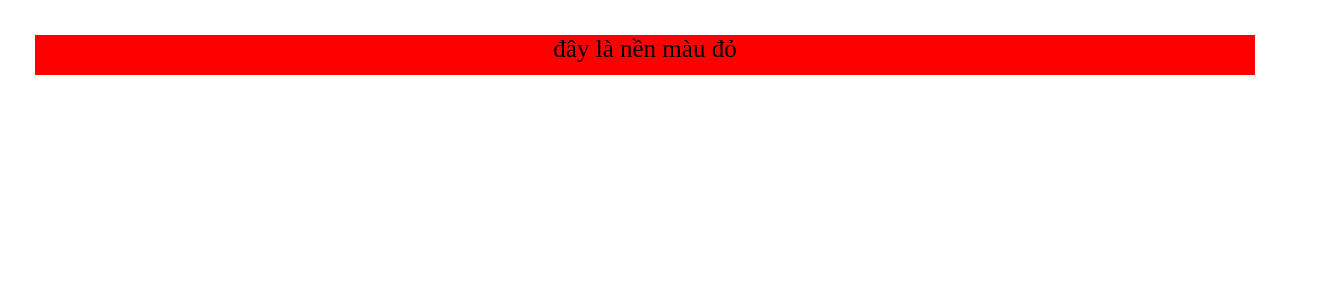
Repository: phanvu0103/HTML-CSS
Page: CSS_08.2_Background-clip/index.html
An editor plug-in stored every save of this project. The page is shown before and after the next save, followed by the edit.
The browser window is 1280 px wide. The page is 1285 px wide, then 1330 px, then 1285 px, so the pictures cover 1330 px, including what lies to the right of the window. The pictures show the whole page.

Above is the page before, as saved 2022-09-28 09:19:59.

### CSS_08.2_Background-clip/index.html
<!DOCTYPE html>
<html>
  <head>
    <title>Vũ Hên Khải</title>
    <meta charset="utf-8" />
    <link rel="stylesheet" href="style.css" />
    <style>
      /* html,body{
                    margin: 0;
                }

                .header{
                    width: 100%;
                    height: 100px;
                    background-color: red;
                    padding: 20px;
                    box-sizing: border-box;
                    border: 10px dashed #fff;
                    background-clip: content-box;
                } */
    </style>
  </head>
  <body>
    <div class="header">đây là nền màu đỏ</div>
  </body>
</html>

### CSS_08.2_Background-clip/style.css
html,
body {
  margin: 0;
}

.header {
  width: 100%;
  height: 100px;
  background-color: red;
  padding: 20px;
  box-sizing: border-box;
  border: 10px dashed #fff;
  background-clip: content-box;
  text-align: center;
  font-size: 25px;
  margin: 5px;
}

After the next save:
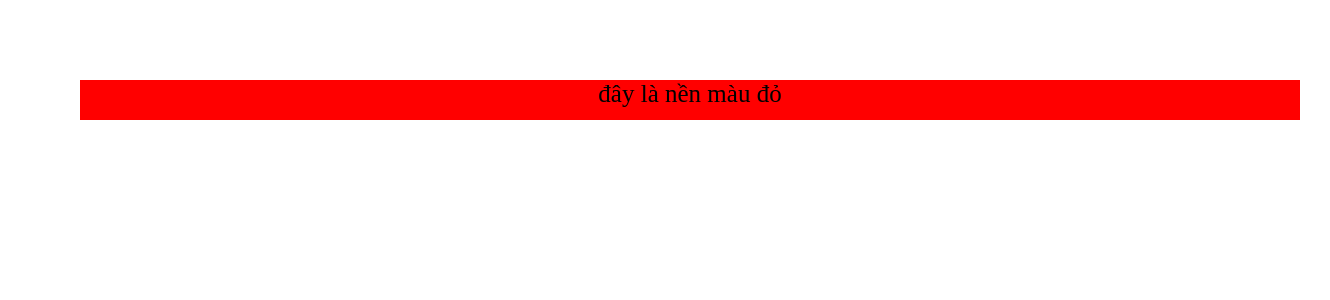
Saved 10 s later.
--- a/CSS_08.2_Background-clip/style.css
+++ b/CSS_08.2_Background-clip/style.css
@@ -13,5 +13,5 @@
   background-clip: content-box;
   text-align: center;
   font-size: 25px;
-  margin: 5px;
+  margin: 50px;
 }

After the save that followed:
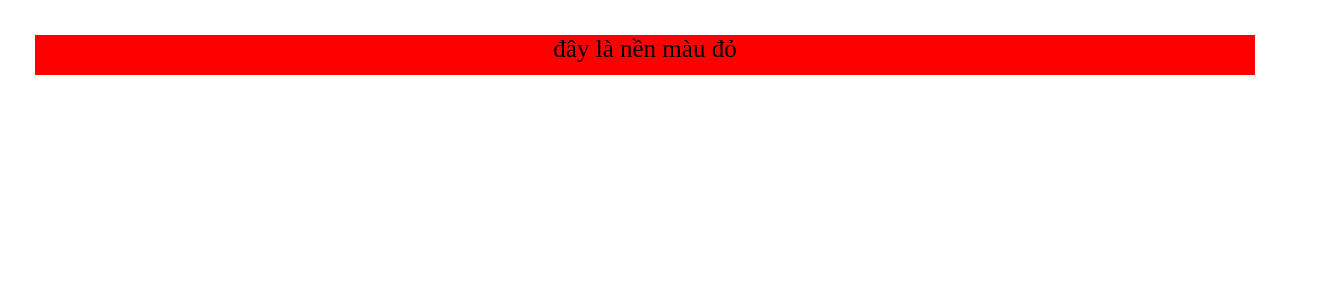
Saved 4 s later.
--- a/CSS_08.2_Background-clip/style.css
+++ b/CSS_08.2_Background-clip/style.css
@@ -13,5 +13,5 @@
   background-clip: content-box;
   text-align: center;
   font-size: 25px;
-  margin: 50px;
+  margin: 5px;
 }
